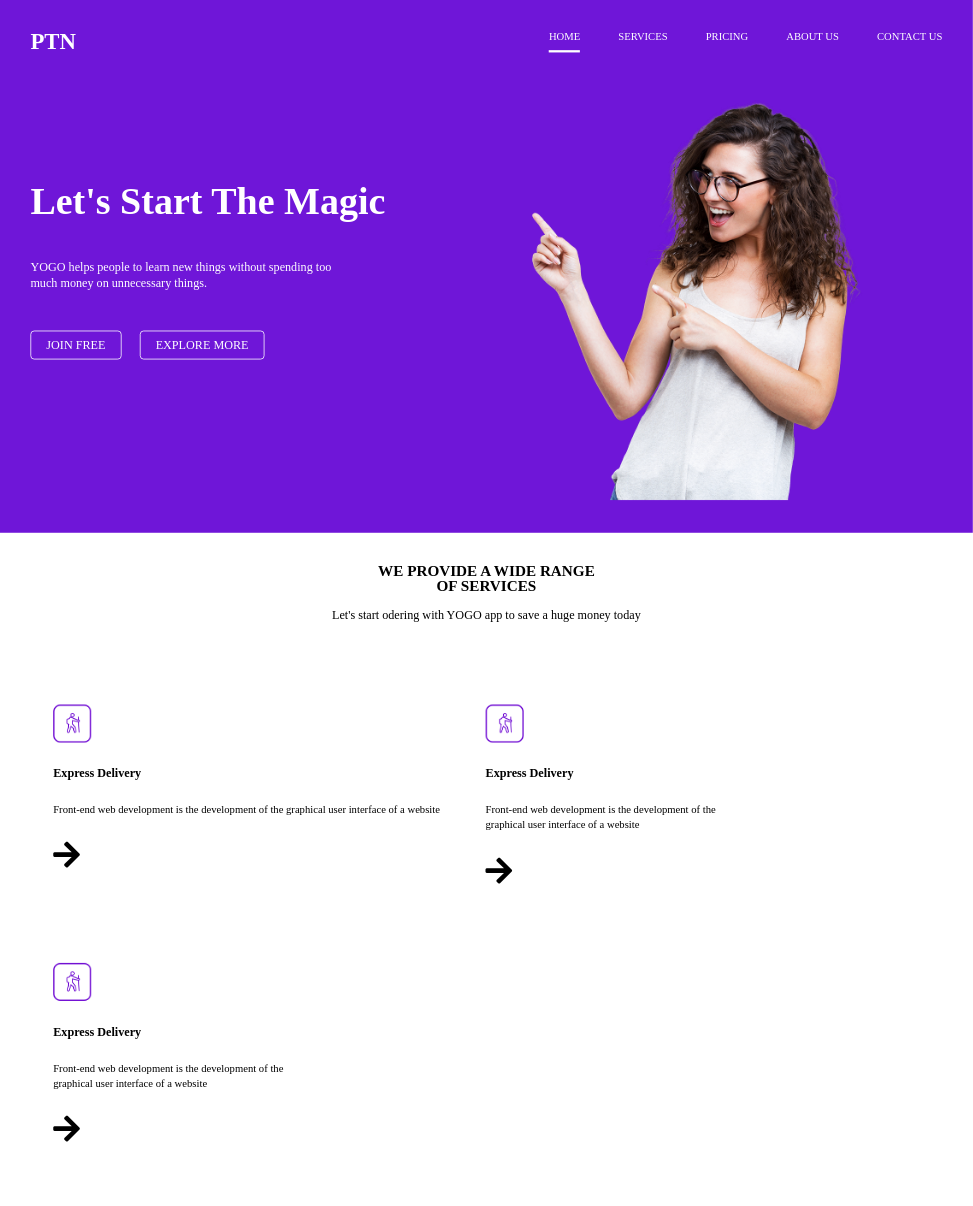
Repository: PhamTrungNguyen/LuyenTap
Page: index.html
The author's editor kept a copy of each file at every save. The page is drawn from the files as they stood at one save, then again after the next save.
The browser window is 1280 px wide. The pictures show the whole page, at 76% of full size.
Some web fonts or font styles are not loaded; a fallback is used. The style sheet was rebuilt from its Sass, Less or Tailwind sources for each picture, by a compiler version that may differ from the author's.

Above is the page before, as saved 2021-12-05 19:54:35.

After the next save:
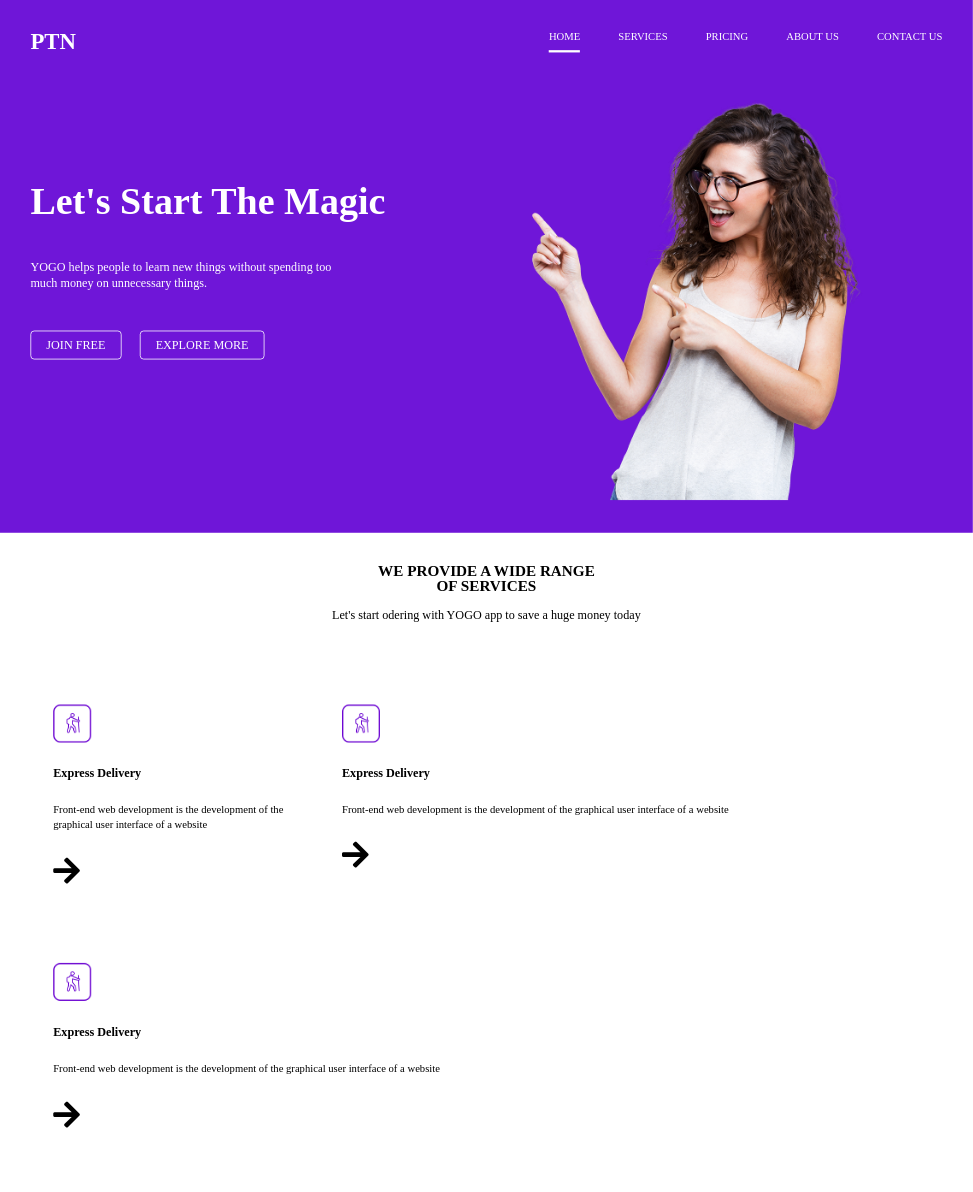
Saved 10 s later.
--- a/style.scss
+++ b/style.scss
@@ -202,7 +202,7 @@ img {
       // background-color: #6f16d8;
       border-radius:1rem;
     }
-    &--list{
+    &__list{
       width: calc(33.33% - 2rem);
       transition: all 0.5s ease;
     }
